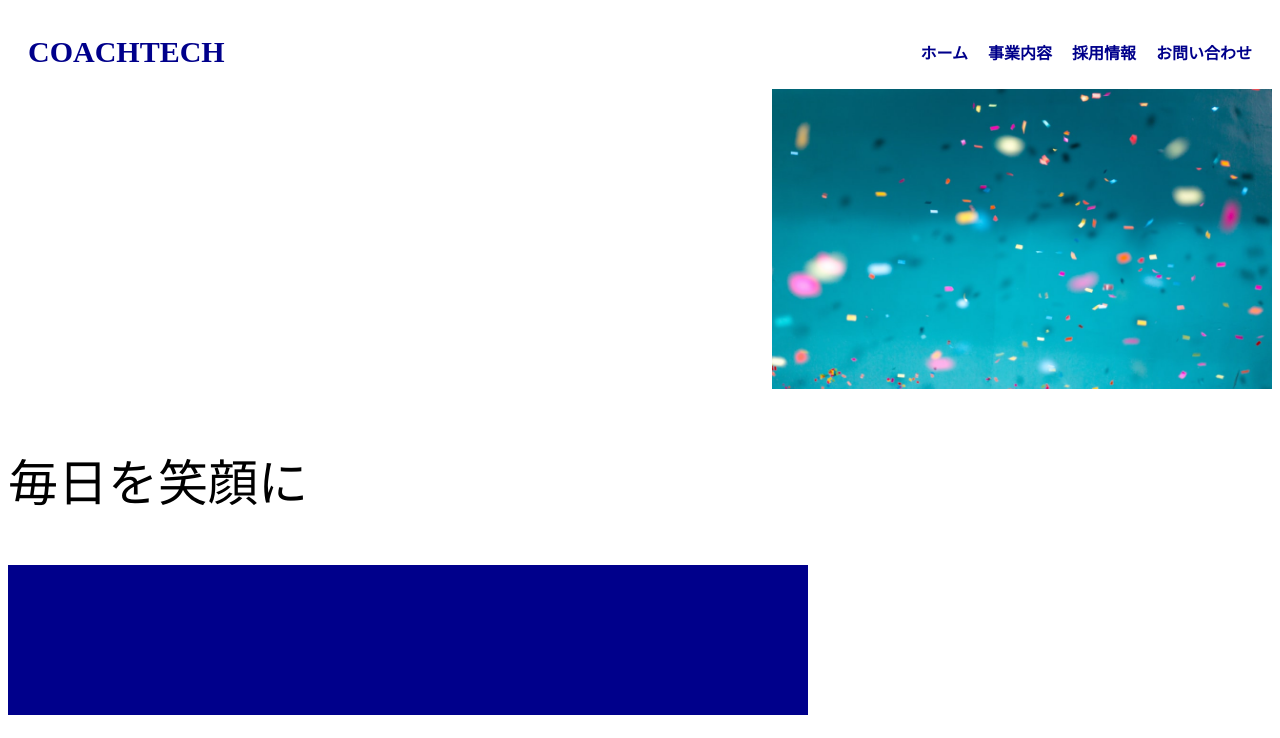
Repository: moro-ayu3/20230213_morohoshi
Page: index.html
An editor plug-in stored every save of this project. The page is shown before and after a run of saves, followed by the edit.
The browser window is 1280 px wide. The pictures show the whole page.

Above is the page before, as saved 2023-02-14 21:47:23.

### index.html
<!DOCTYPE html>
<html lang="ja">

  <head>
    <meta charset="UTF-8" />
    <meta name="viewport" content="width=device-width, initial-scale=1.0" />
    <title>css演習問題</title>
    <link rel="stylesheet" href="./style.css">
  </head>

  <body>
   <div class="homepage">
    <header class="header">
     <h1 class="header-ttl">
     COACHTECH
     </h1>
     <ul class="header-list">
      <li class="header-item">ホーム</li><li class="header-item">事業内容</li><li class="header-item">採用情報</li><li class="header-item">お問い合わせ</li>
     </ul>
    </header>
   <main>
     <div class="relative-img">
      <img src="img/firstview.jpeg" width="500" height="300"alt="firstview">
     </div>
     <div class="flex">
      <p class="main-ttl">毎日を笑顔に</p>
      <div class="absolute-blue-box"></div>
     </div>
    </main>
   </div>
  </body>

</html>

### style.css
.homepage {
  width: 100%;
}

.header {
  display: flex;
  justify-content: space-between;
  align-items: center;
  margin-top: 15px;
  color: #00008b;
}

.header-ttl {
  font-size: 30px;
  margin-left: 20px;
}

.header-list {
  display: flex;
  font-weight: bold;
  list-style: none;
}

.header-item {
  margin-right: 20px;
}

.relative-img {
  width: 200%
  height: 200
  margin-top: 50px;
  text-align: right;
  z-index: 10;
}

.img {
  width: 100%;
  height: auto;
}


.flex {
  display: flex;
  flex-direction: column;
}

.main-ttl {
  color: black;
  font-size: 50px;
  text-align: justify;
}

.absolute-blue-box {
  width: 800px;
  height: 150px;
  margin-bottom: 15px;
  z-index: 0;
  background-color: #00008b;
}

After the next 2 saves:
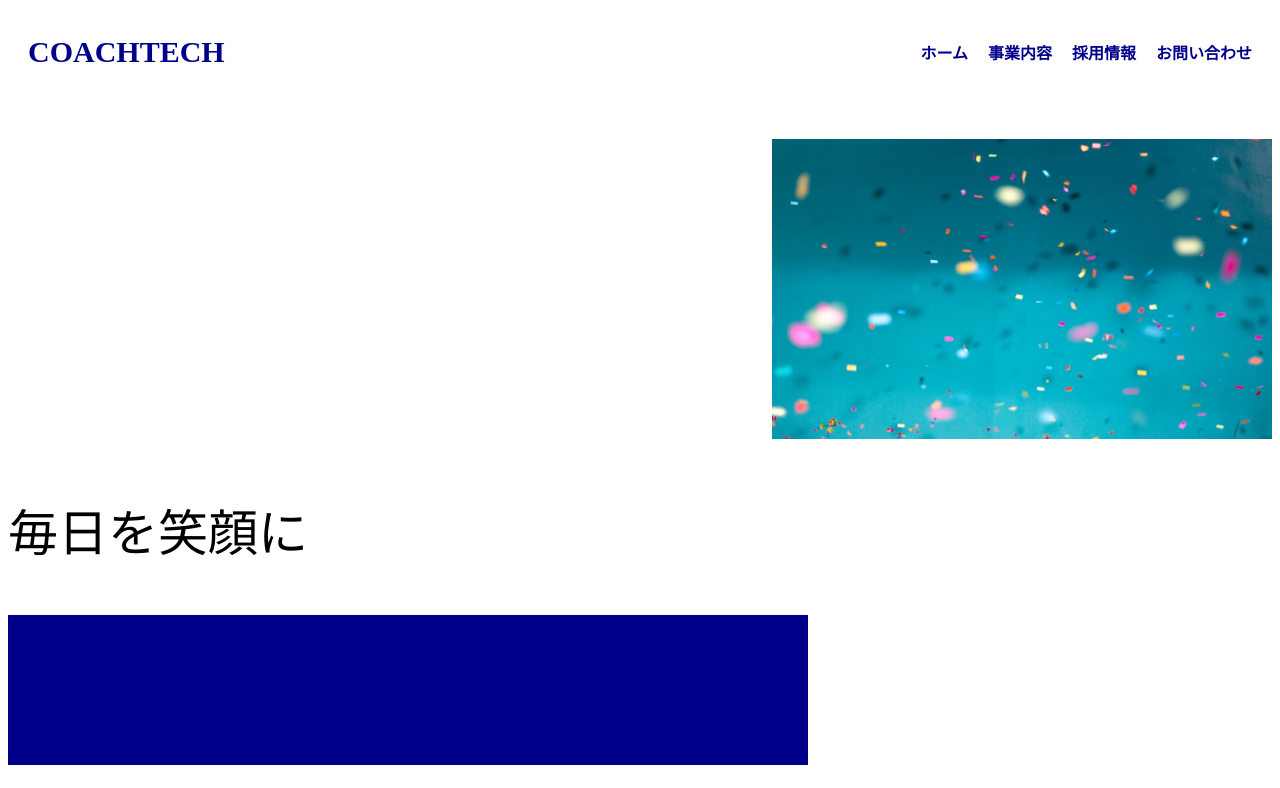
The 2 saves are shown as one change because they came seconds apart.
The last was saved 5 s later.
--- a/style.css
+++ b/style.css
@@ -27,7 +27,7 @@
 
 .relative-img {
   width: 200%
-  height: 200
+  height: 200%;
   margin-top: 50px;
   text-align: right;
   z-index: 10;
